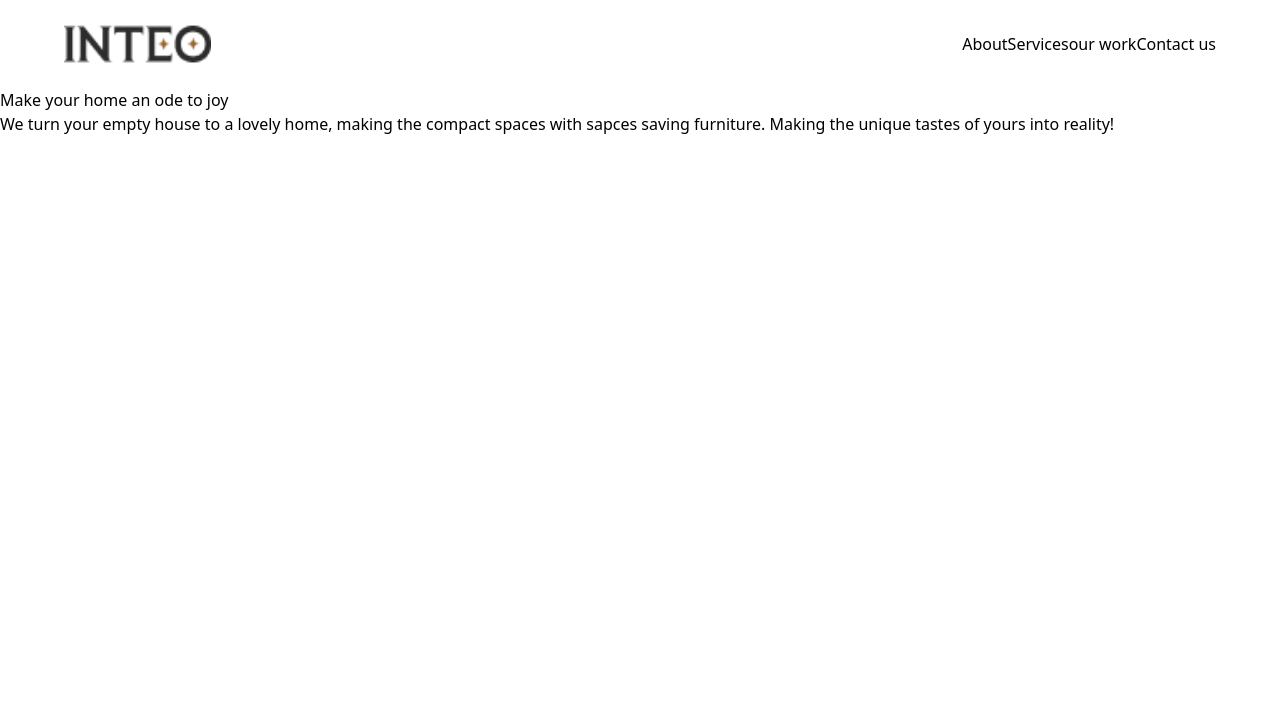
Repository: CatherinneJ/responsive-tailwind-website
Page: tailwind.html
The author's editor kept a copy of each file at every save. The page is drawn from the files as they stood at one save, then again after the next save.
The browser window is 1280 px wide. The pictures show the whole page.
Some web libraries are served in a nearby version.

Above is the page before, as saved 2025-05-20 17:25:29.

### tailwind.html
<!DOCTYPE html>
<html lang="en">

<head>
    <meta charset="UTF-8">
    <meta name="viewport" content="width=device-width, initial-scale=1.0">
    <title>ResponsiveTailwind</title>
    <script src="https://cdn.tailwindcss.com"></script>
</head>
<header class="py-6 px-8 lg:px-16">
    <nav class="flex justify-between items-center">
        <img src="./Assets/Logo.png" alt="logo" class="h-10">
        <li class="flex justify-between items-center">
            <ul>About</ul>
            <ul>Services</ul>
            <ul>our work</ul>
            <ul id="orangebox">Contact us</ul>
        </li>
    </nav>
</header>

<body>
    <section>
        <h1>Make your home an ode to joy</h1>
        <p>
            We turn your empty house to a lovely home, making the compact spaces with sapces saving furniture. Making
            the unique tastes of yours into reality!
        </p>
    </section>


</body>

</html>

After the next save:
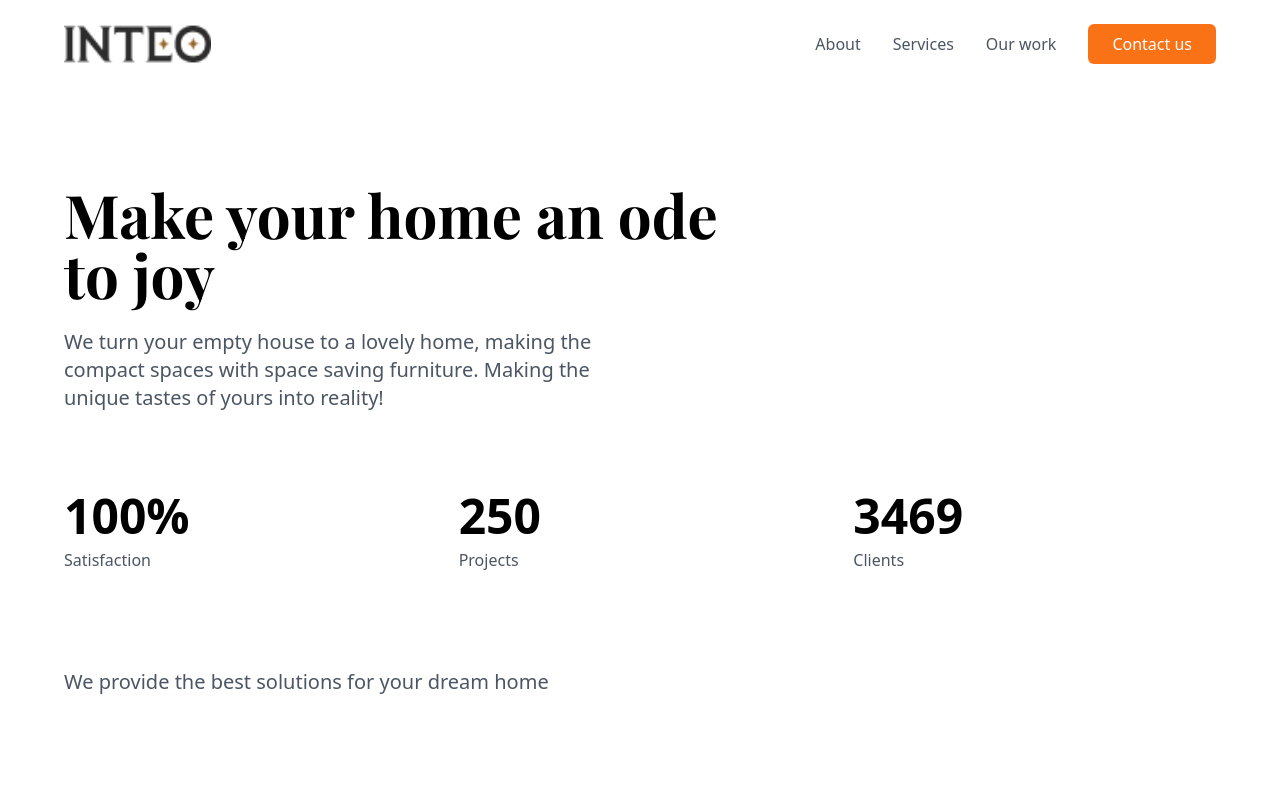
Saved 55 s later.
--- a/tailwind.html
+++ b/tailwind.html
@@ -1,34 +1,60 @@
 <!DOCTYPE html>
 <html lang="en">
-
 <head>
     <meta charset="UTF-8">
     <meta name="viewport" content="width=device-width, initial-scale=1.0">
-    <title>ResponsiveTailwind</title>
+    <title>NTEO - Make your home an ode to joy</title>
     <script src="https://cdn.tailwindcss.com"></script>
+    <link href="https://fonts.googleapis.com/css2?family=Playfair+Display:wght@400;700&display=swap" rel="stylesheet">
+    <style>
+        .font-playfair {
+            font-family: 'Playfair Display', serif;
+        }
+    </style>
 </head>
-<header class="py-6 px-8 lg:px-16">
-    <nav class="flex justify-between items-center">
-        <img src="./Assets/Logo.png" alt="logo" class="h-10">
-        <li class="flex justify-between items-center">
-            <ul>About</ul>
-            <ul>Services</ul>
-            <ul>our work</ul>
-            <ul id="orangebox">Contact us</ul>
-        </li>
-    </nav>
-</header>
+<body class="bg-white">
+    <!-- Header -->
+    <header class="py-6 px-8 lg:px-16">
+        <nav class="flex justify-between items-center">
+            <img src="./Assets/Logo.png" alt="logo" class="h-10">
+            <ul class="flex space-x-8 items-center">
+                <li class="text-gray-600 hover:text-black">About</li>
+                <li class="text-gray-600 hover:text-black">Services</li>
+                <li class="text-gray-600 hover:text-black">Our work</li>
+                <li class="bg-orange-500 text-white px-6 py-2 rounded-md hover:bg-orange-600">Contact us</li>
+            </ul>
+        </nav>
+    </header>
 
-<body>
-    <section>
-        <h1>Make your home an ode to joy</h1>
-        <p>
-            We turn your empty house to a lovely home, making the compact spaces with sapces saving furniture. Making
-            the unique tastes of yours into reality!
+    <!-- Hero Section -->
+    <section class="px-8 lg:px-16 py-12 md:py-24">
+        <h1 class="text-4xl md:text-5xl lg:text-6xl font-bold font-playfair mb-6 max-w-2xl">
+            Make your home an ode to joy
+        </h1>
+
+        <p class="text-lg md:text-xl text-gray-600 mb-12 md:mb-20 max-w-xl">
+            We turn your empty house to a lovely home, making the compact spaces with space saving furniture. Making the unique tastes of yours into reality!
+        </p>
+
+        <!-- Stats Grid -->
+        <div class="grid grid-cols-1 md:grid-cols-3 gap-8 mb-16 md:mb-24">
+            <div>
+                <p class="text-4xl md:text-5xl font-bold mb-2">100%</p>
+                <p class="text-gray-600">Satisfaction</p>
+            </div>
+            <div>
+                <p class="text-4xl md:text-5xl font-bold mb-2">250</p>
+                <p class="text-gray-600">Projects</p>
+            </div>
+            <div>
+                <p class="text-4xl md:text-5xl font-bold mb-2">3469</p>
+                <p class="text-gray-600">Clients</p>
+            </div>
+        </div>
+
+        <p class="text-lg md:text-xl text-gray-600 max-w-xl">
+            We provide the best solutions for your dream home
         </p>
     </section>
-
-
 </body>
-
 </html>
